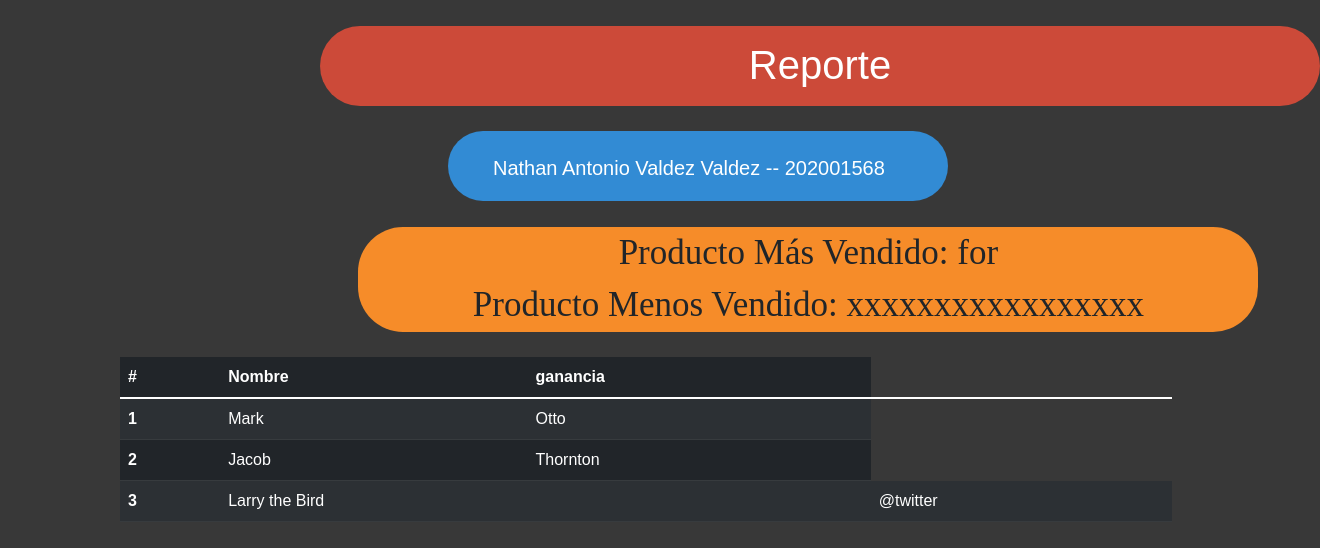
Repository: nathanvdev/LFP_PR_202001568
Page: plantilla.html
An editor plug-in stored every save of this project. The page is shown before and after the next save, followed by the edit.
The browser window is 1280 px wide. The page is 1320 px wide, so the pictures cover 1320 px, including what lies to the right of the window. The pictures show the whole page.

Above is the page before, as saved 2022-02-19 19:47:42.

### plantilla.html

<!DOCTYPE html>
<html lang="es">
<head>
    <meta charset="UTF-8">
    <meta http-equiv="X-UA-Compatible" content="IE=edge">
    <meta name="viewport" content="width=device-width, initial-scale=1.0">
    <link href="https://cdn.jsdelivr.net/npm/bootstrap@5.1.3/dist/css/bootstrap.min.css" rel="stylesheet" integrity="sha384-1BmE4kWBq78iYhFldvKuhfTAU6auU8tT94WrHftjDbrCEXSU1oBoqyl2QvZ6jIW3" crossorigin="anonymous">
    <title>Document</title>
</head>
<style>
    body{
        font-family: sans-serif;
    }
    .titlebox{
        background-color: rgb(204, 74, 57);
        height: 80px;
        width: 1000px;
        margin: 2%;
        margin-left: 25%;
        border-radius: 45px;

        text-align: center;
        display: flex;
        justify-content: center;
    }
    .PersonalInfo{
        background-color: rgb(50, 139, 212);
        height: 70px;
        width: 500px;
        margin: 2%;
        margin-top: 0px;
        margin-left: 35%;
        border-radius: 45px;

    }
    .tabla{
        width: 90%;
        height: auto;
        margin: 20px;
        padding-left: 100px;

    }
    .Datos{
        background-color: rgb(246, 140, 41);
        height: auto;
        width: 900px;
        margin: 2%;
        margin-top: 0px;
        margin-left: 28%;
        border-radius: 45px;
        text-align: center;
    }
    .productos{
        font-size: 35px;
        font-family: 'Times New Roman', Times, serif;

    }
</style>
<body style="background-color: rgb(56, 56, 56);">
    <div class="titlebox">
        <h1 style="color: white; padding-top: 15px;">Reporte</h1>
    </div>
    <div class="PersonalInfo">
        <h3 style="color: white;
        margin: 5%; float: left; font-size: 20px; padding-left: 20px;">
            Nathan Antonio Valdez Valdez  --  202001568
        </h3>
    </div>

    <div class="Datos">
        <div class="productos">
            Producto Más Vendido:
            for
            <br>
            Producto Menos Vendido:
            xxxxxxxxxxxxxxxxx
        </div>
    </div>

    <div class="tabla">
    <table class="table table-dark table-striped">
        <thead>
          <tr>
            <th scope="col">#</th>
            <th scope="col">Nombre</th>
            <th scope="col">ganancia</th>
          </tr>
        </thead>
        <tbody>
          <tr>
            <th scope="row">1</th>
            <td>Mark</td>
            <td>Otto</td>

          </tr>
          <tr>
            <th scope="row">2</th>
            <td>Jacob</td>
            <td>Thornton</td>

          </tr>
          <tr>
            <th scope="row">3</th>
            <td colspan="2">Larry the Bird</td>
            <td>@twitter</td>
          </tr>
        </tbody>
      </table>
    </div>
</body>
</html>

After the next save:
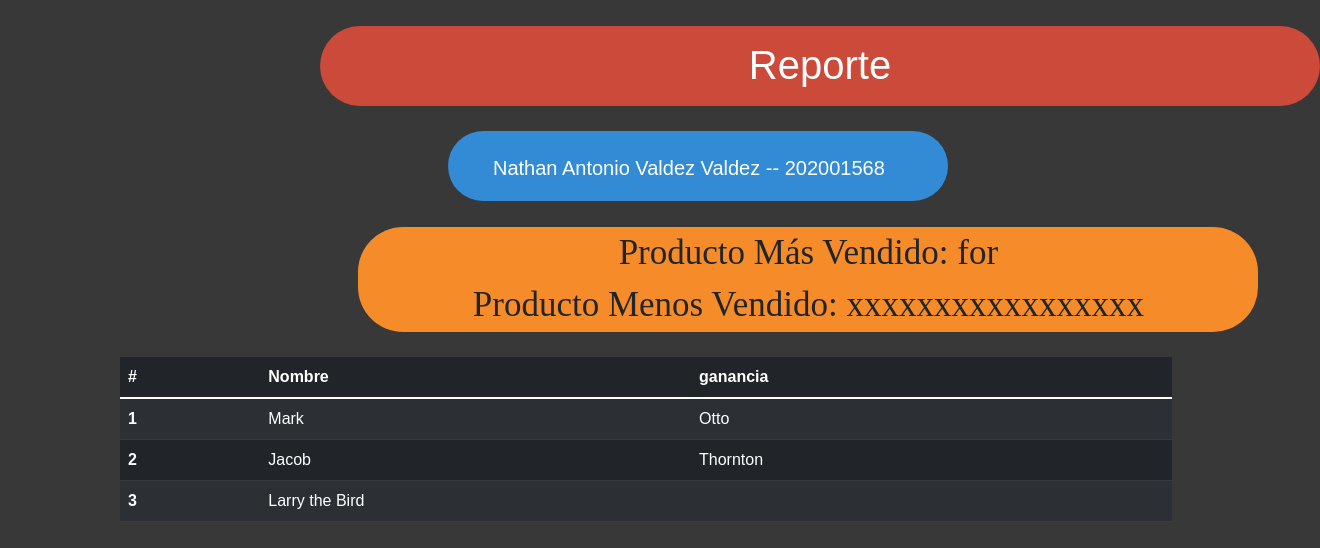
Saved 6 s later.
--- a/plantilla.html
+++ b/plantilla.html
@@ -103,7 +103,7 @@
           <tr>
             <th scope="row">3</th>
             <td colspan="2">Larry the Bird</td>
-            <td>@twitter</td>
+
           </tr>
         </tbody>
       </table>
